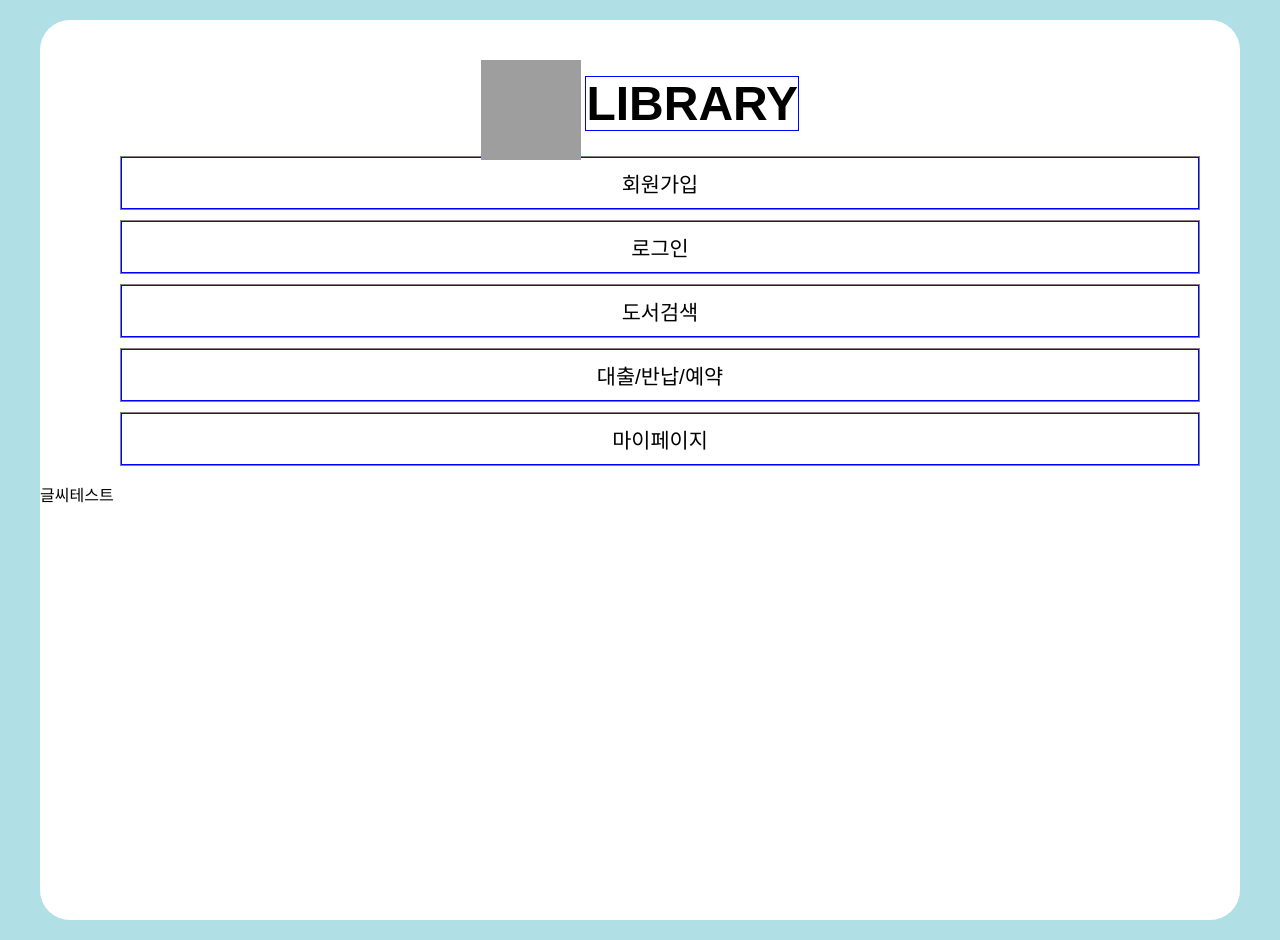
Repository: 753kg/753kg.github.io
Page: KOSTA/webProject/WebContent/project_library/index.html
An editor plug-in stored every save of this project. The page is shown before and after the next save, followed by the edit.
The browser window is 1280 px wide. The pictures show the whole page.
Pictures or frames that could not be fetched are drawn as grey boxes. Some web fonts or font styles are not loaded; a fallback is used.

Above is the page before, as saved 2021-04-01 08:16:18.

After the next save:
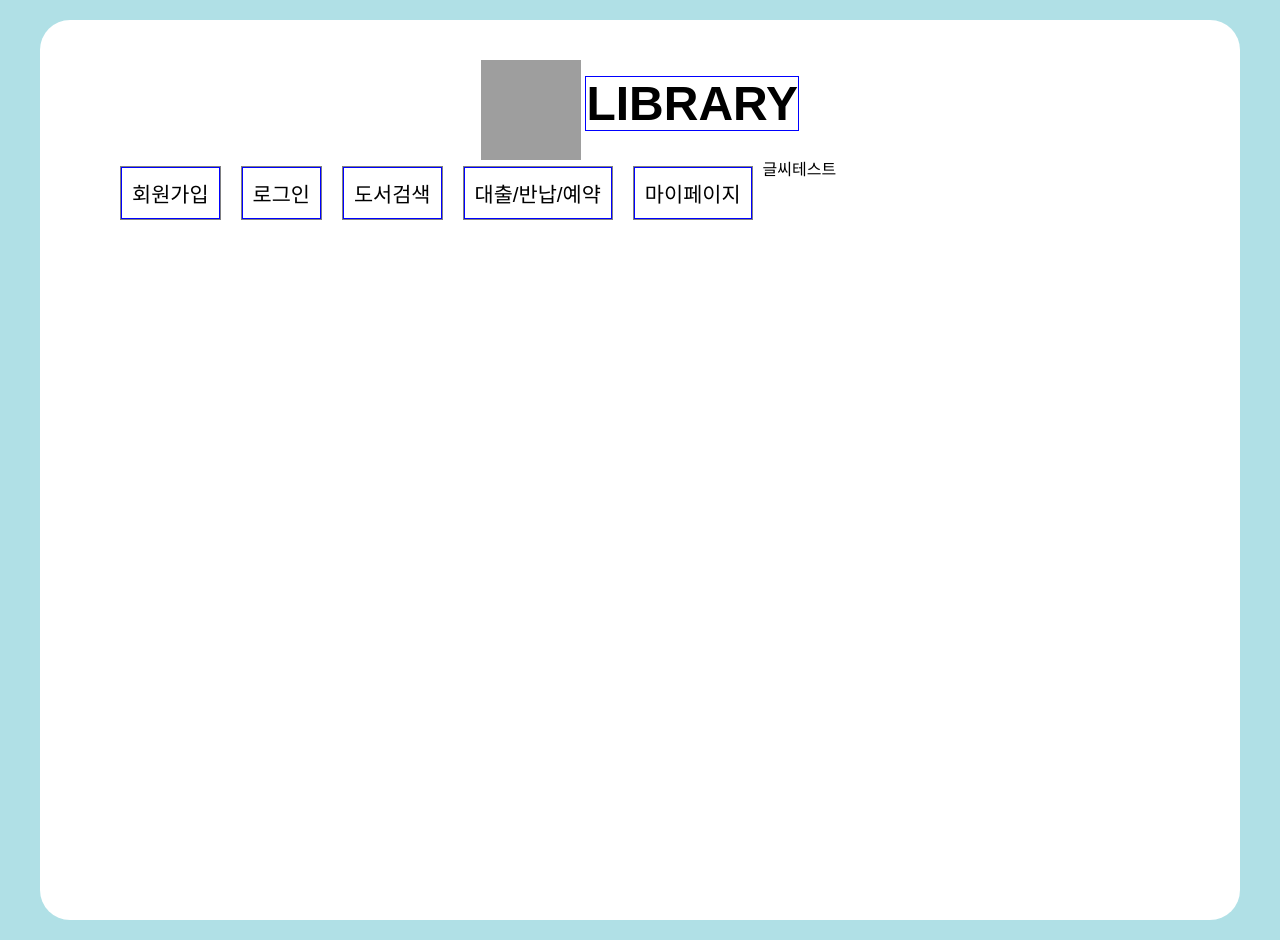
Saved 9 s later.
--- a/KOSTA/webProject/WebContent/project_library/css/index.css
+++ b/KOSTA/webProject/WebContent/project_library/css/index.css
@@ -54,8 +54,7 @@ ul {
 
 li {
 	border:1px solid gray;
-	/* float: left; */
-	display: inline block;
+	float: left;
 
 	margin: 10px;
 
